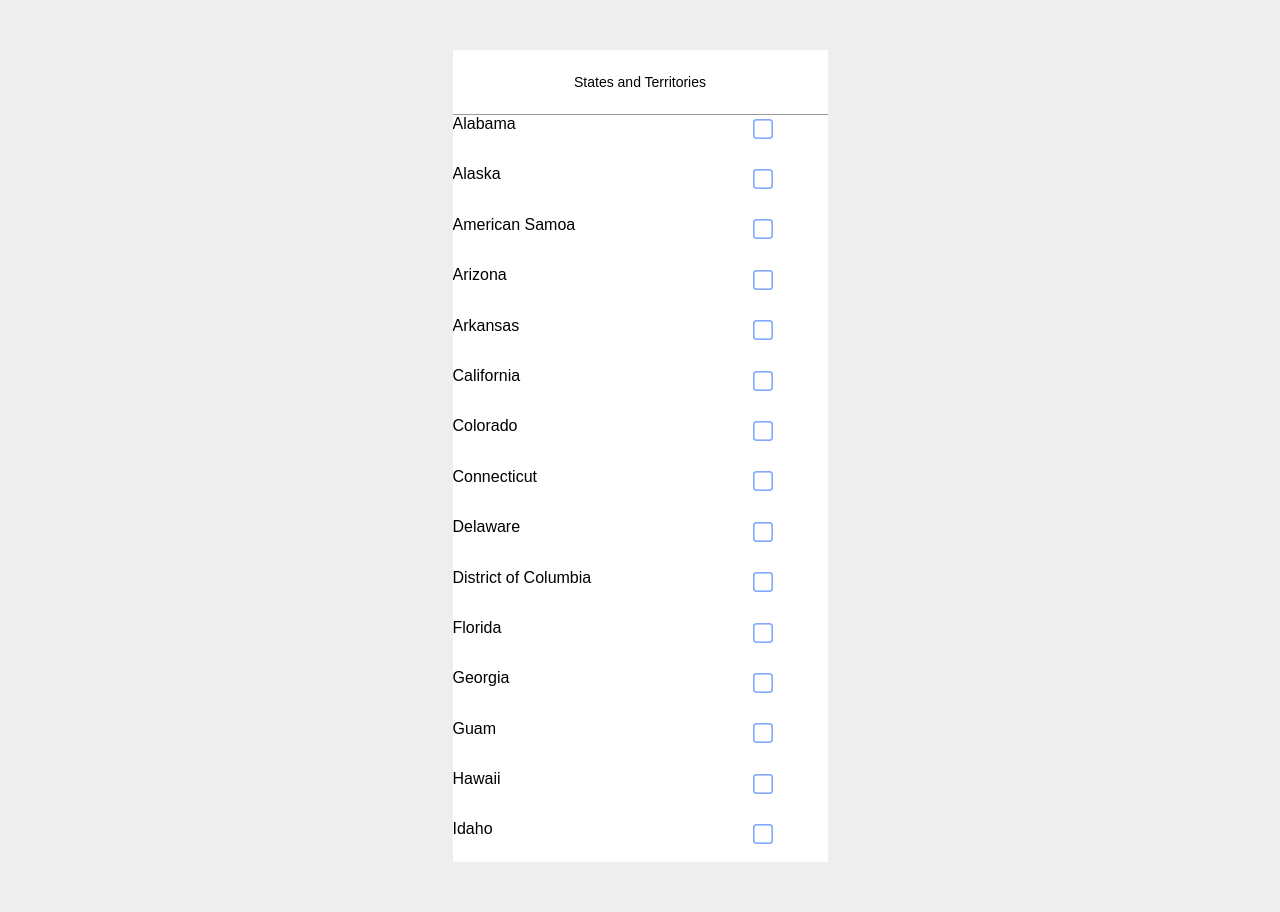
Repository: zitac234/codingTest
Page: /
The author's editor kept a copy of each file at every save. The page is drawn from the files as they stood at one save, then again after a run of saves.
The browser window is 1280 px wide. The pictures show the whole page.
The project was rebuilt for these pictures with package versions that can differ from the ones it lists, and the page was loaded fresh each time.

Above is the page before, as saved 2021-03-31 15:23:34.

After the next 3 saves:
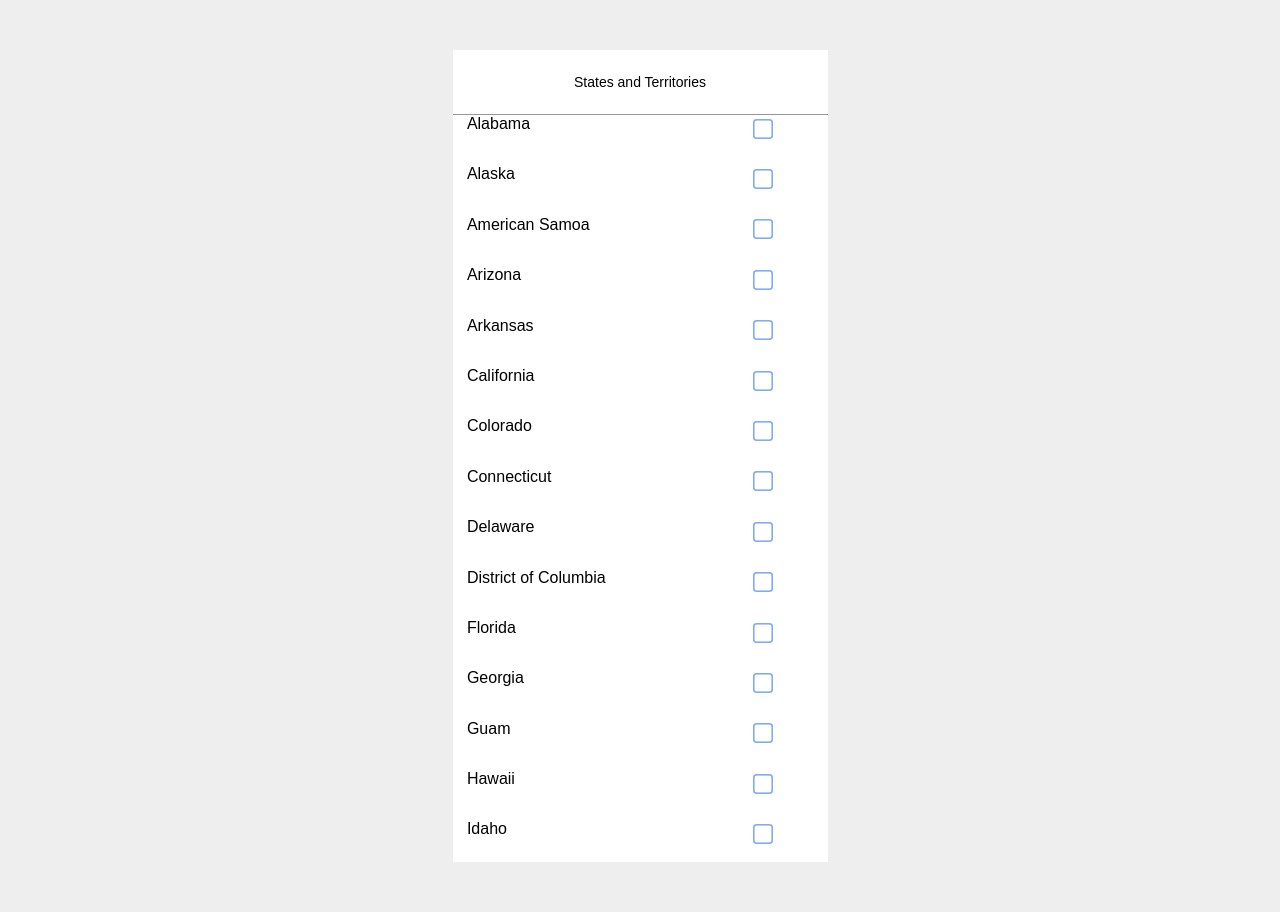
The 3 saves are shown as one change because they came seconds apart.
The last was saved 8 s later.
--- a/src/List.css
+++ b/src/List.css
@@ -10,5 +10,5 @@
   margin-top: -2vh;
 }
 .state{
-  mar
+  margin-left: 2vh;
 }
